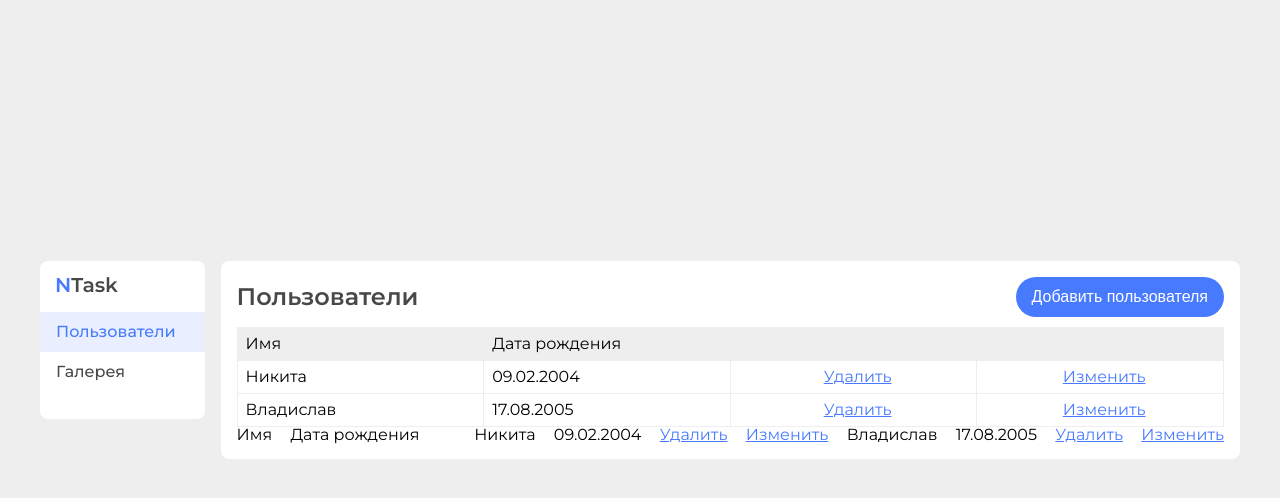
Repository: Grid-Master/NTask
Page: /gallery
These files come from the project's save history. The page is drawn as it stood at one moment and after the next save; the edit follows.
The browser window is 1280 px wide. The pictures show the whole page.
The project was rebuilt for these pictures with package versions that can differ from the ones it lists, and the page was loaded fresh each time. Also part of the build but not shown: src/components/gallery/gallery.sass, src/components/gallery/Gallery.tsx, src/components/updateUser/updateUser.sass, src/components/updateUser/UpdateUser.tsx.

Above is the page before, as saved 2023-06-09 21:08:16.

### public/index.html
<!DOCTYPE html>
<html lang="en">
  <head>
    <meta charset="utf-8" />
    <link rel="icon" href="%PUBLIC_URL%/favicon.ico" />
    <meta name="viewport" content="width=device-width, initial-scale=1" />
    <meta name="theme-color" content="#000000" />
    <meta name="description" content="Web site created using create-react-app" />
    <link rel="apple-touch-icon" href="%PUBLIC_URL%/logo192.png" />
    <link rel="preconnect" href="https://fonts.googleapis.com" />
    <link rel="preconnect" href="https://fonts.gstatic.com" crossorigin />
    <link
      href="https://fonts.googleapis.com/css2?family=Montserrat:wght@300;400;500;600;700&display=swap"
      rel="stylesheet" />
    <link rel="manifest" href="%PUBLIC_URL%/manifest.json" />
    <title>React App</title>
  </head>
  <body>
    <noscript>You need to enable JavaScript to run this app.</noscript>
    <div id="root"></div>
  </body>
</html>

### src/index.tsx
import React from 'react';
import ReactDOM from 'react-dom/client';
import { Provider } from 'react-redux';
import './index.css';
import App from './App';
import { BrowserRouter } from 'react-router-dom';
import store from './store';

const root = ReactDOM.createRoot(document.getElementById('root') as HTMLElement);
root.render(
  <React.StrictMode>
    <BrowserRouter>
      <Provider store={store}>
        <App />
      </Provider>
    </BrowserRouter>
  </React.StrictMode>,
);

### src/index.css
html, body, div, span, applet, object, iframe,
h1, h2, h3, h4, h5, h6, p, blockquote, pre,
a, abbr, acronym, address, big, cite, code,
del, dfn, em, img, ins, kbd, q, s, samp,
small, strike, strong, sub, sup, tt, var,
b, u, i, center,
dl, dt, dd, ol, ul, li,
fieldset, form, label, legend,
table, caption, tbody, tfoot, thead, tr, th, td,
article, aside, canvas, details, embed,
figure, figcaption, footer, header, hgroup,
menu, nav, output, ruby, section, summary,
time, mark, audio, video {
	margin: 0;
	padding: 0;
	border: 0;
	font-size: 100%;
	font: inherit;
	vertical-align: baseline;
}
/* HTML5 display-role reset for older browsers */
article, aside, details, figcaption, figure,
footer, header, hgroup, menu, nav, section {
	display: block;
}
body {
	line-height: 1;
}
ol, ul {
	list-style: none;
}
blockquote, q {
	quotes: none;
}
blockquote:before, blockquote:after,
q:before, q:after {
	content: '';
	content: none;
}
table {
	border-collapse: collapse;
}
body {
  margin: 0;
  font-family: Montserrat;
  background: #EEEEEE;
;
}
input {
	font-family: Montserrat;
}

#root {
	display: flex;
	align-items: center;
	justify-content: center;
	height: 100vh;
}

code {
  font-family: source-code-pro, Menlo, Monaco, Consolas, 'Courier New',
    monospace;
}

### src/App.tsx
import './App.css';
import { FC, useEffect } from 'react';
import Navbar from './components/navabar/Navbar';
import UserList from './components/userList/UserList';
import { Routes, Route, useNavigate } from 'react-router-dom';
import Gallery from './components/gallery/Gallery';
import UpdateUser from './components/updateUser/UpdateUser';

const App: FC = () => {
  const navigate = useNavigate();
  useEffect(() => {
    navigate('/NTask/users');
  }, []);

  return (
    <div className="App">
      <Navbar />
      <Routes>
        <Route path="/NTask/users" element={<UserList />} />
        <Route path="/NTask/users/:id" element={<UpdateUser />} />
        <Route path="/NTask/gallery" element={<Gallery />} />
        <Route path="*" element={<h1>Error</h1>} />
      </Routes>
    </div>
  );
};

export default App;

### src/store/index.ts
import { configureStore } from '@reduxjs/toolkit';
import usersReducer from './usersSlice';
import galleryReducer from './gallerySlice';

const store = configureStore({
  reducer: { usersReducer, galleryReducer },
});

export default store;

export type RootState = ReturnType<typeof store.getState>;
export type AppDispatch = typeof store.dispatch;

### src/App.css
.App {

  width: 100%;
  display: flex;
  align-items:start;
  gap: 16px;
  max-width: 1200px;
  margin: 0 auto;
}

@media screen and (max-width: 1200px) {
  .App {
    flex-direction: column;
    max-width: 1000px;
  }
}
@media screen and (max-width: 1000px) {
  .App {
    max-width: 600px;
    padding: 16px;
  }
}
@media screen and (max-width: 600px) {
  .App {
    max-width: calc(320px - 32px);
  }
}

### src/components/navabar/Navbar.tsx
import { FC } from 'react';
import './navbar.sass';
import { useNavigate, useLocation } from 'react-router-dom';
const logo = require('../../images/logo.png');

const Navbar: FC = () => {
  const navigate = useNavigate();
  const { pathname } = useLocation();

  return (
    <div className="navbar">
      <div className="navbar__imagecontainer">
        <img src={logo} alt="logo" />
      </div>
      <div
        className={pathname.includes('/users') ? 'navbar__item navbar__active' : 'navbar__item'}
        onClick={() => navigate('/NTask/users')}>
        Пользователи
      </div>
      <div
        className={pathname.includes('/gallery') ? 'navbar__item navbar__active' : 'navbar__item'}
        onClick={() => navigate('/NTask/gallery')}>
        Галерея
      </div>
    </div>
  );
};

export default Navbar;

### src/components/userList/UserList.tsx
import React, { FC } from 'react';
import { useNavigate } from 'react-router-dom';
import './userList.sass';
import { useAppDispatch, useAppSelector } from '../../store/hooks';
import { removeUser } from '../../store/usersSlice';

const UserList: FC = () => {
  const navigate = useNavigate();
  const users = useAppSelector((state) => state.usersReducer.users);
  const dispatch = useAppDispatch();

  const updateHandler = (router: string) => {
    navigate(router);
    window.scrollTo(0, 0);
  };

  const deleteHandler = (id: number) => {
    dispatch(removeUser(id));
  };

  return (
    <div className="userList">
      <div>
        <h1 className="userList__title">Пользователи</h1>
        <button className="userList__addUserBtn" onClick={() => updateHandler('createuser')}>
          Добавить пользователя
        </button>
      </div>
      <table className="userList__table">
        <tr className="userList__table-info">
          <td>Имя</td>
          <td>Дата рождения</td>
          <td></td>
          <td></td>
        </tr>
        {users.map((user) => (
          <tr key={user.id}>
            <td>{user.name}</td>
            <td>{user.date}</td>
            <td className="userList__table-btn" onClick={() => deleteHandler(user.id)}>
              Удалить
            </td>
            <td className="userList__table-btn" onClick={() => updateHandler(`${user.id}`)}>
              Изменить
            </td>
          </tr>
        ))}
      </table>
      <div className="userList__grid">
        <div>Имя</div>
        <div>Дата рождения</div>
        <div></div>
        <div></div>
        {users.map((user) => (
          <>
            <div>{user.name}</div>
            <div>{user.date}</div>
            <div className="userList__table-btn" onClick={() => deleteHandler(user.id)}>
              Удалить
            </div>
            <div className="userList__table-btn" onClick={() => updateHandler(`${user.id}`)}>
              Изменить
            </div>
          </>
        ))}
      </div>
    </div>
  );
};

export default UserList;

### src/store/usersSlice.ts
import { createSlice, PayloadAction } from '@reduxjs/toolkit';
import { users } from '../data/users';

export interface IUser {
  id: number;
  name: string;
  date: string;
}

const usersSlice = createSlice({
  name: 'users',
  initialState: {
    users: [...users] as IUser[],
  },
  reducers: {
    addUser(state, action: PayloadAction<IUser>) {
      state.users.push(action.payload);
    },
    updateUser(state, action: PayloadAction<IUser>) {
      let updateUser = state.users.find((user) => user.id === action.payload.id);
      if (updateUser) {
        updateUser.name = action.payload.name;
        updateUser.date = action.payload.date;
      }
      state.users = state.users.map((user) => (user.id === updateUser?.id ? updateUser : user));
    },
    removeUser(state, action: PayloadAction<number>) {
      state.users = state.users.filter((user) => user.id !== action.payload);
    },
  },
});

export const { removeUser, updateUser, addUser } = usersSlice.actions;

export default usersSlice.reducer;

### src/store/gallerySlice.ts
import { createSlice, PayloadAction } from '@reduxjs/toolkit';

export interface IPhoto {
  id: number;
  isSelected: boolean;
  file: any;
}

const gallerySlice = createSlice({
  name: 'users',
  initialState: {
    photos: [] as IPhoto[],
  },
  reducers: {
    addPhoto(state, action: PayloadAction<IPhoto>) {
      state.photos.unshift(action.payload);
    },
    pickPhoto(state, action: PayloadAction<number>) {
      const pickedPhoto = state.photos.findIndex((photo) => photo.id === action.payload);
      console.log(pickedPhoto, 'picked');
      if (pickedPhoto !== -1) {
        state.photos[pickedPhoto] = {
          ...state.photos[pickedPhoto],
          isSelected: !state.photos[pickedPhoto].isSelected,
        };
      }
    },
    removePhotos(state) {
      state.photos = state.photos.filter((photo) => !photo.isSelected);
    },
  },
});

export const { addPhoto, pickPhoto, removePhotos } = gallerySlice.actions;

export default gallerySlice.reducer;

### src/components/navabar/navbar.sass
.navbar
    width: 200px
    height: 158px
    background: #FFFFFF
    border-radius: 8px
    &__imagecontainer
        padding: 16px 0
        margin-left: 16px
    &__item
        padding: 8px 16px
        cursor: pointer
        font-weight: 500
        font-size: 16px
        line-height: 150%
        color: #484848
        transition: .3s
        &:hover
            color: #477AFF

    &__active
        background: #E9EFFF
        color: #477AFF

@media screen and (max-width: 600px)
    .navbar
        width: 288px
        height: 158px

### src/components/userList/userList.sass
.userList
    width: 100%
    background: #FFFFFF
    border-radius: 8px
    padding: 16px
    >div
        display: flex
        align-items: center
        justify-content: space-between
    &__title
        font-weight: 600
        font-size: 24px
        line-height: 150%
        color: #484848
    &__addUserBtn
        font-weight: 500
        font-size: 16px
        line-height: 100%
        color: #FFFFFF
        background: #477AFF
        border-radius: 20px
        padding: 12px 16px
        border: none
        outline: none
        cursor: pointer
        transition: .3s
        &:hover
            opacity: .8
    &__table
        margin-top: 10px
        // width: 952px
        td
            border: 1px solid #EEEEEE
            width: 238px
            text-align: start
            padding: 8px 0
            padding-left: 8px
        &-btn
            cursor: pointer
            text-decoration-line: underline
            color: #477AFF
            transition: .2s
            text-align: center !important
            &:hover
                opacity: .8
        // tr td:nth-child(2)
        //     width: 3000px
        // tr:first-child td:first-child
        //     border-radius: 8px 0 0 0
        // tr:first-child td:last-child
        //     border-radius: 0 8px 0 0
        // tr:last-child td:first-child
        //     border-radius: 0 0 8px 0
        // tr:last-child td:last-child
        //     border-radius: 0 0 0 8px //??
        &-info
            background-color: #EEEEEE
            border-radius: 8px !important
    &__grid
        display: grid
        grid-template-columns: repeat(4, 231px)
        grid-column-gap: 0px
        grid-row-gap: 0px

@media screen and (max-width: 1200px)
    .userList
        width: calc( 100% - 32px )
@media screen and (max-width: 600px)
    .userList
        &__table
            display: block
            overflow-x: scroll
            td
                width: 131px
            &::-webkit-scrollbar
                // width: 4px
                scroll-margin-top: 5px
                height: 4px
                border: 1px solid #d5d5d5
            &::-webkit-scrollbar-track
                border-radius: 0
                background: #eeeeee
            &::-webkit-scrollbar-thumb
                border-radius: 0
                background: #b0b0b0
                cursor: pointer
        >div
            flex-direction: column
            align-items: start
        &__title
            margin-bottom: 10px

### src/store/hooks.ts
import { useDispatch, useSelector, TypedUseSelectorHook } from 'react-redux';
import type { RootState, AppDispatch } from '../store';

export const useAppDispatch = () => useDispatch<AppDispatch>();
export const useAppSelector: TypedUseSelectorHook<RootState> = useSelector;

### src/data/users.ts
import { IUser } from '../store/usersSlice';

export const users: IUser[] = [
  {
    id: 1,
    name: 'Никита',
    date: '09.02.2004',
  },
  {
    id: 2,
    name: 'Владислав',
    date: '17.08.2005',
  },
];

After the next save:
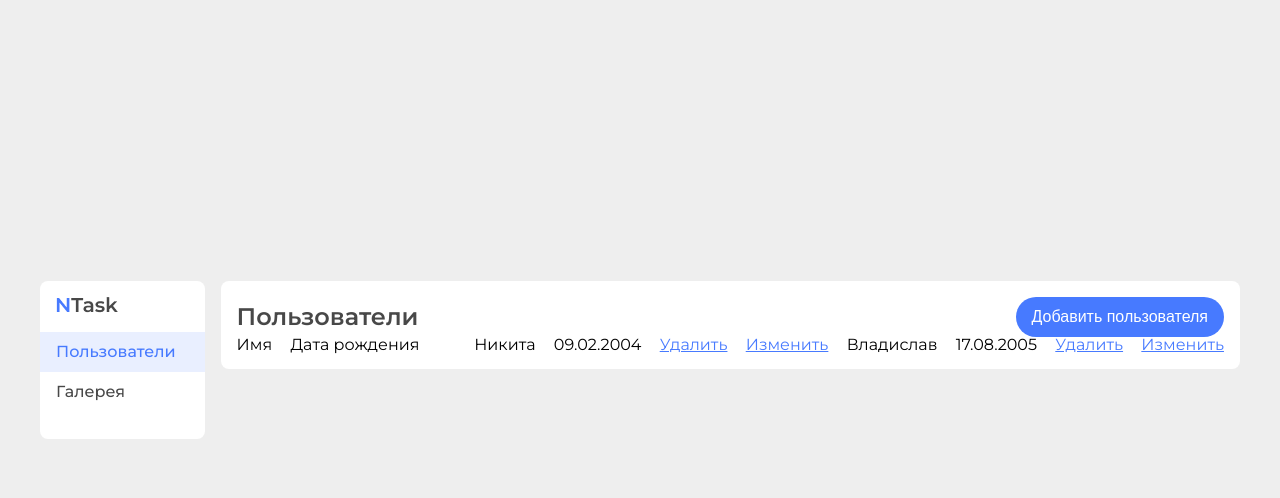
Saved 24 s later.
--- a/src/components/userList/UserList.tsx
+++ b/src/components/userList/UserList.tsx
@@ -26,7 +26,7 @@ const UserList: FC = () => {
           Добавить пользователя
         </button>
       </div>
-      <table className="userList__table">
+      {/* <table className="userList__table">
         <tr className="userList__table-info">
           <td>Имя</td>
           <td>Дата рождения</td>
@@ -45,7 +45,7 @@ const UserList: FC = () => {
             </td>
           </tr>
         ))}
-      </table>
+      </table> */}
       <div className="userList__grid">
         <div>Имя</div>
         <div>Дата рождения</div>
